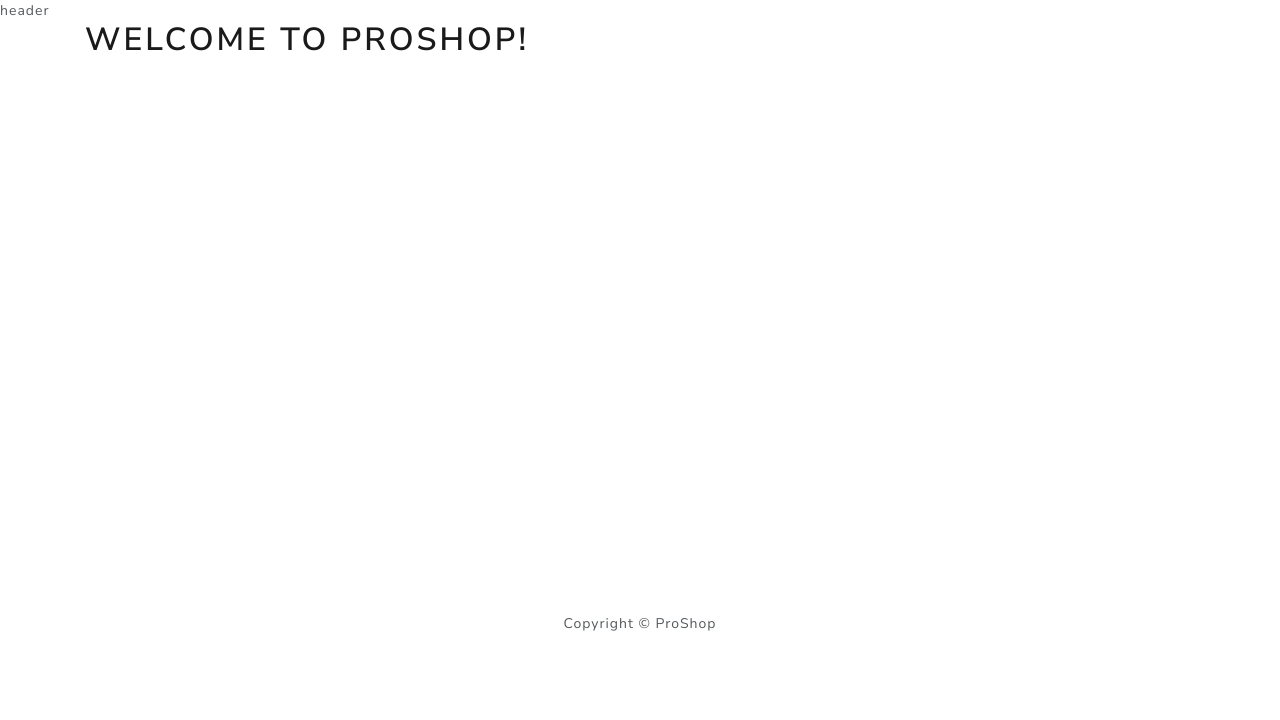
Repository: Lithium87/proshop
Page: / (app in frontend/)
An editor plug-in stored every save of this project. The page is shown before and after the next save, followed by the edit.
The browser window is 1280 px wide. The pictures show the whole page.
The project was rebuilt for these pictures with package versions that can differ from the ones it lists, and the page was loaded fresh each time.

Above is the page before, as saved 2021-09-08 21:54:37.

### frontend/public/index.html
<!DOCTYPE html>
<html lang="en">

<head>
    <meta charset="utf-8" />
    <link rel="icon" href="%PUBLIC_URL%/favicon.ico" />
    <meta name="viewport" content="width=device-width, initial-scale=1" />
    <meta name="theme-color" content="#000000" />
    <meta name="description" content="Find the best products for the cheapest prices" />
    <link rel="apple-touch-icon" href="%PUBLIC_URL%/logo192.png" />
    <link rel="manifest" href="%PUBLIC_URL%/manifest.json" />

    <title>Welcome to ProShop</title>
</head>

<body>
    <noscript>You need to enable JavaScript to run this app.</noscript>
    <div id="root"></div>
</body>

</html>

### frontend/src/App.js
import React from 'react';
import {Container} from 'react-bootstrap';
import Header from './components/Header';
import Footer from './components/Footer';

const App = () => {
  return (
    <>
      <Header />
      <main>
        <Container>
          <h1>Welcome to ProShop!</h1>
        </Container>
      </main>
      <Footer />
    </>
  );
}

export default App;

### frontend/src/components/Header.js
import React from 'react'

const Header = () => {
    return (
        <header>
            header
        </header>
    )
}

export default Header

### frontend/src/components/Footer.js
import React from 'react';
import {Container, Row, Col} from 'react-bootstrap';

const Footer = () => {
    return (
        <footer>
            <Container>
                <Row>
                    <Col className='text-center py-3'>
                        Copyright &copy; ProShop
                    </Col>
                </Row>
            </Container>
        </footer>
    )
}

export default Footer

Loaded but not shown: frontend/src/index.js (common file); frontend/src/bootstrap.min.css (library); frontend/src/index.css (common file); frontend/src/reportWebVitals.js (common file)

After the next save:
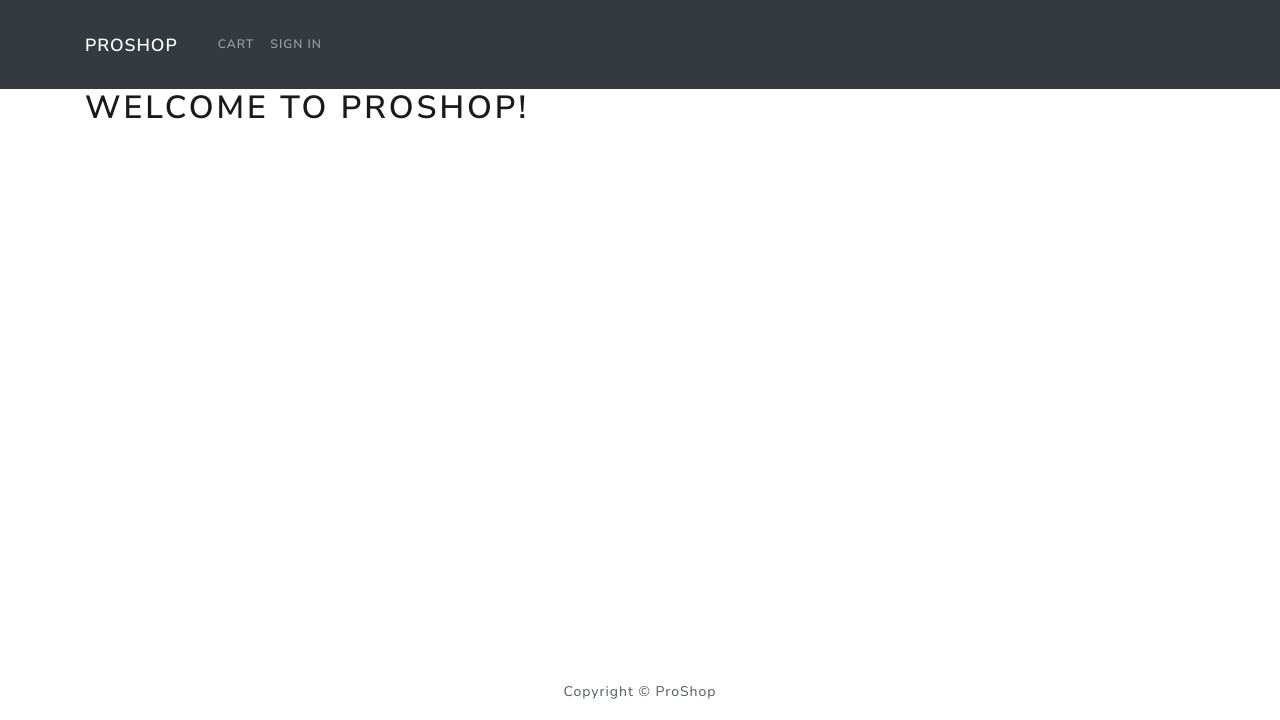
Saved 6 min 58 s later.
--- a/frontend/src/components/Header.js
+++ b/frontend/src/components/Header.js
@@ -1,9 +1,21 @@
-import React from 'react'
+import React from 'react';
+import {Navbar, Nav, Container} from 'react-bootstrap';
 
 const Header = () => {
     return (
         <header>
-            header
+            <Navbar bg="dark" variant="dark" expand="lg" collapseOnSelect>
+  <Container>
+    <Navbar.Brand href="/">ProShop</Navbar.Brand>
+    <Navbar.Toggle aria-controls="basic-navbar-nav" />
+    <Navbar.Collapse id="basic-navbar-nav">
+      <Nav className="me-auto">
+        <Nav.Link href="/cart">Cart</Nav.Link>
+        <Nav.Link href="/login">Sign In</Nav.Link>
+      </Nav>
+    </Navbar.Collapse>
+  </Container>
+</Navbar>
         </header>
     )
 }
